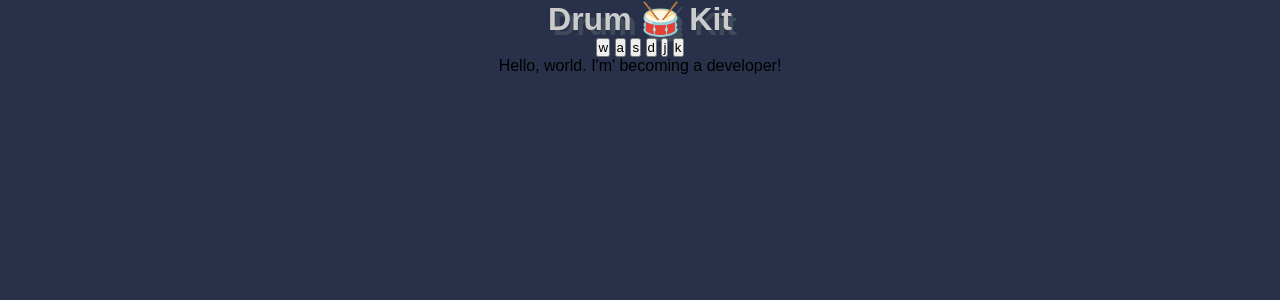
Repository: doncsar/yu-frontend-bootcamp
Page: 17-drumkit/index.html
These files come from the project's save history. The page is drawn as it stood at one moment and after a run of saves; the edit follows.
The browser window is 1280 px wide. The pictures show the whole page.

Above is the page before, as saved 2024-01-24 06:57:24.

After the next 2 saves:
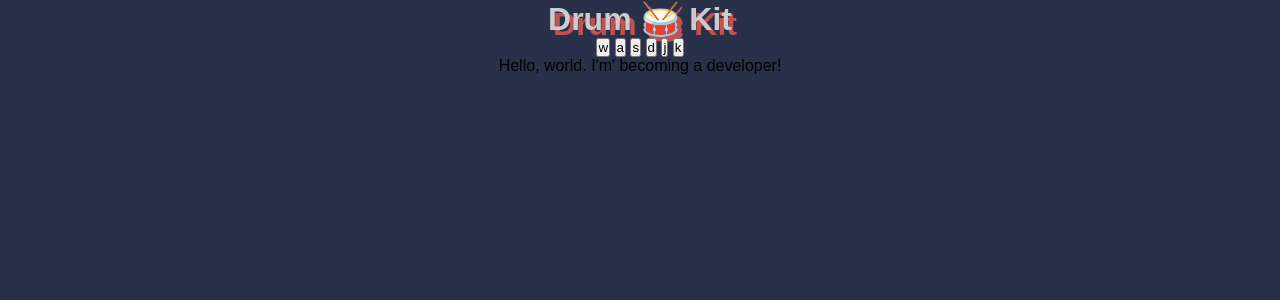
The 2 saves are shown as one change because they came seconds apart.
The last was saved 9 s later.
--- a/17-drumkit/style.css
+++ b/17-drumkit/style.css
@@ -12,5 +12,5 @@ body {
 
 h1 {
    color: #CCC;
-   text-shadow: 5px 5px #3f4b5a;
+   text-shadow: 5px 5px #c35151;
 }
